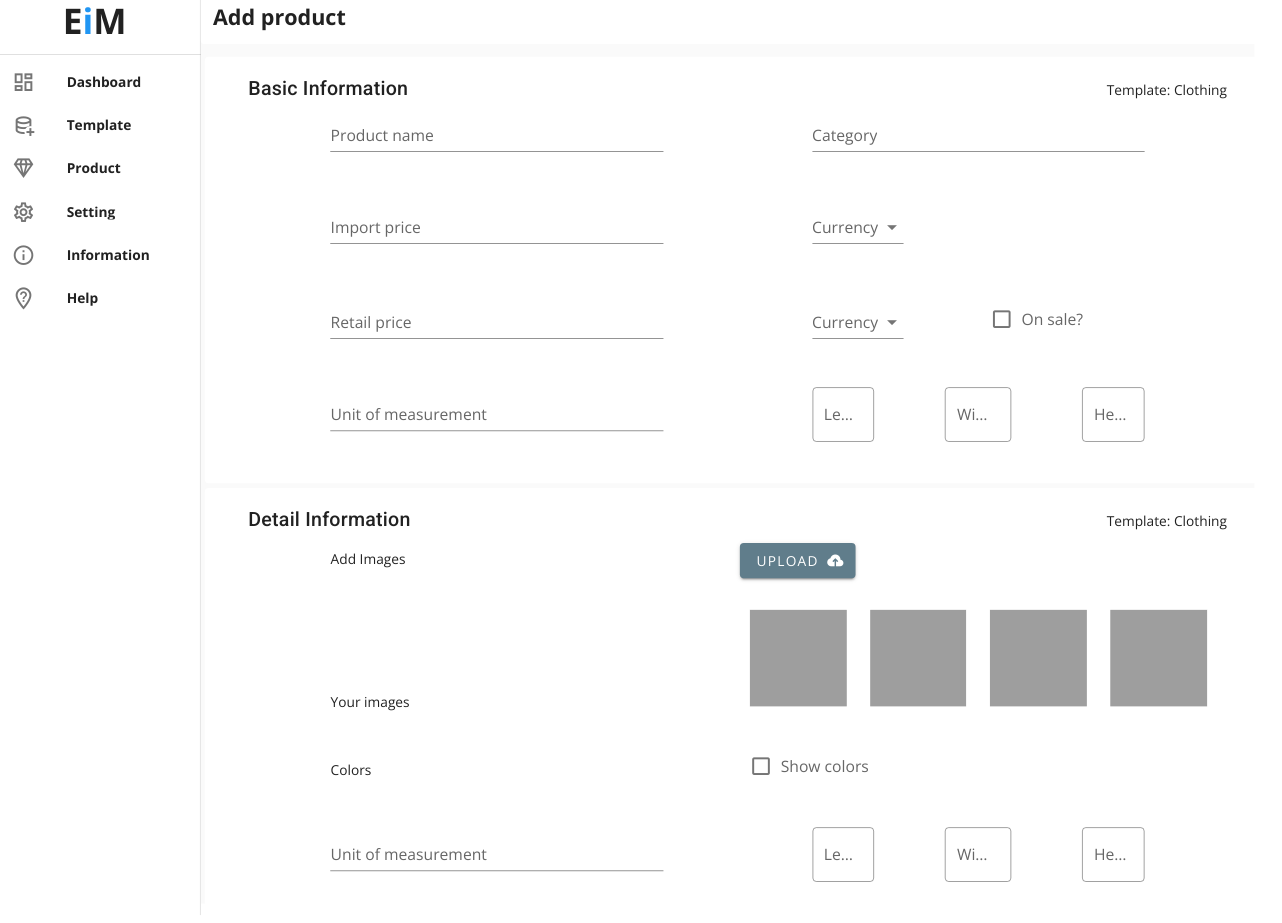
Repository: nguyenphuong152/pim-template
Page: /addproduct
An editor plug-in stored every save of this project. The page is shown before and after the next save, followed by the edit.
The browser window is 1280 px wide. The page is 1308 px wide, so the pictures cover 1308 px, including what lies to the right of the window. The pictures show the whole page, at 98% of full size.
Pictures or frames that could not be fetched are drawn as grey boxes. The project was rebuilt for these pictures with package versions that can differ from the ones it lists, and the page was loaded fresh each time. Also part of the build but not shown: vue.config.js, src/views/Home.vue, src/components/Outcome_1/SearchTemplate.vue, src/components/Outcome_1/YourTemplate.vue, src/components/Outcome_1/ListComponent.vue, src/components/Outcome_1/AddInfo.vue, src/components/Outcome_1/AddDetail.vue, src/components/Outcome_1/CreateRegion.vue and 5 more.

Above is the page before, as saved 2020-12-21 12:25:41.

After the next save:
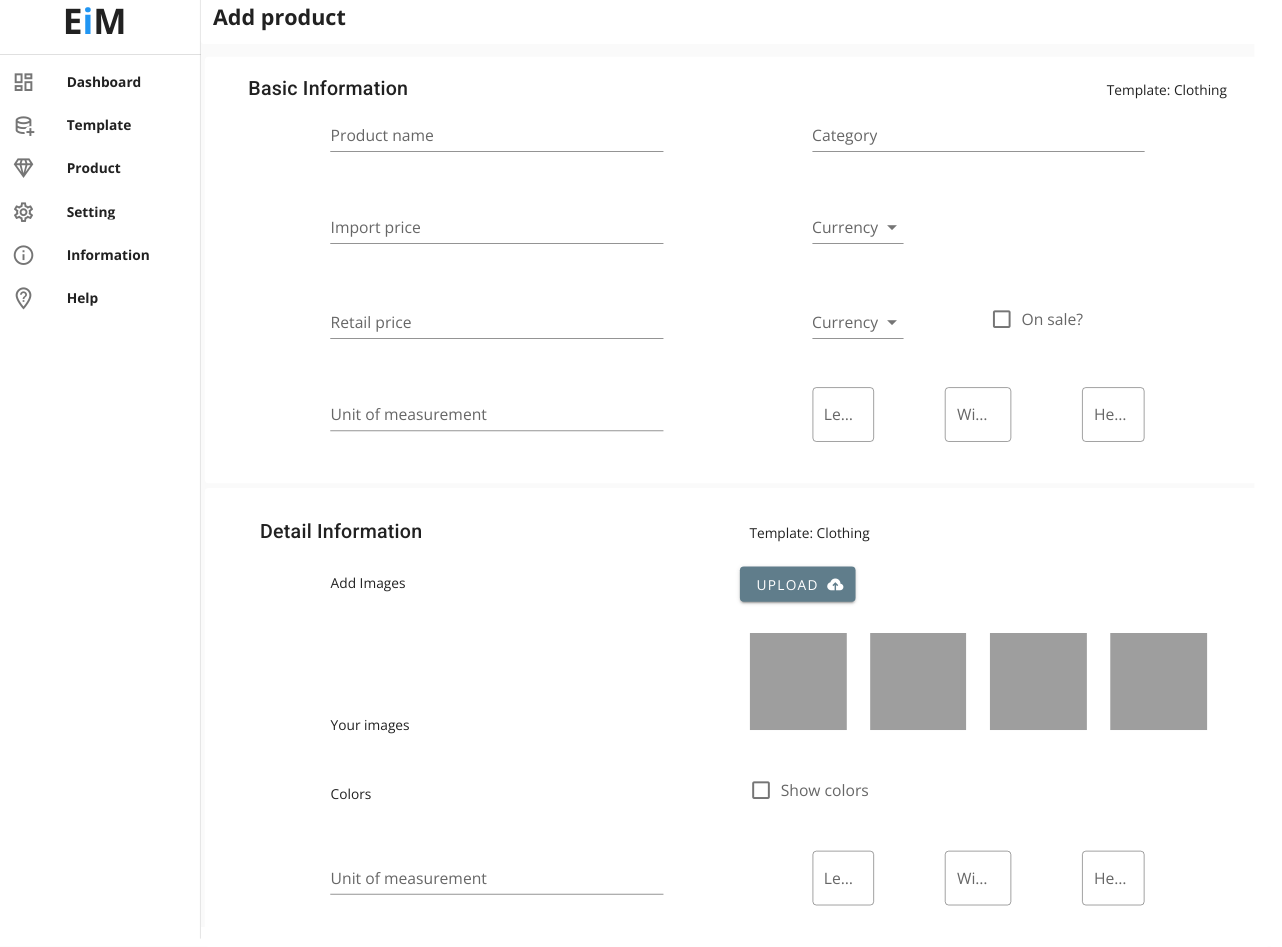
Saved 22 min 17 s later.
--- a/src/components/Outcome_2/Detail.vue
+++ b/src/components/Outcome_2/Detail.vue
@@ -2,9 +2,12 @@
   <v-container class="text-start ma-1 pa-0">
     <v-card flat>
       <v-row class="d-flex align-baseline px-14 pt-4">
-        <span class="title ">Detail Information</span>
-        <v-spacer></v-spacer>
-        <span>Template: Clothing</span>
+        <v-col>
+          <span class="title ">Detail Information</span>
+        </v-col>
+        <v-col>
+          <span>Template: Clothing</span>
+        </v-col>
       </v-row>
       <v-container class="px-16 py-0">
         <v-row class="d-flex align-baseline pa-0">
